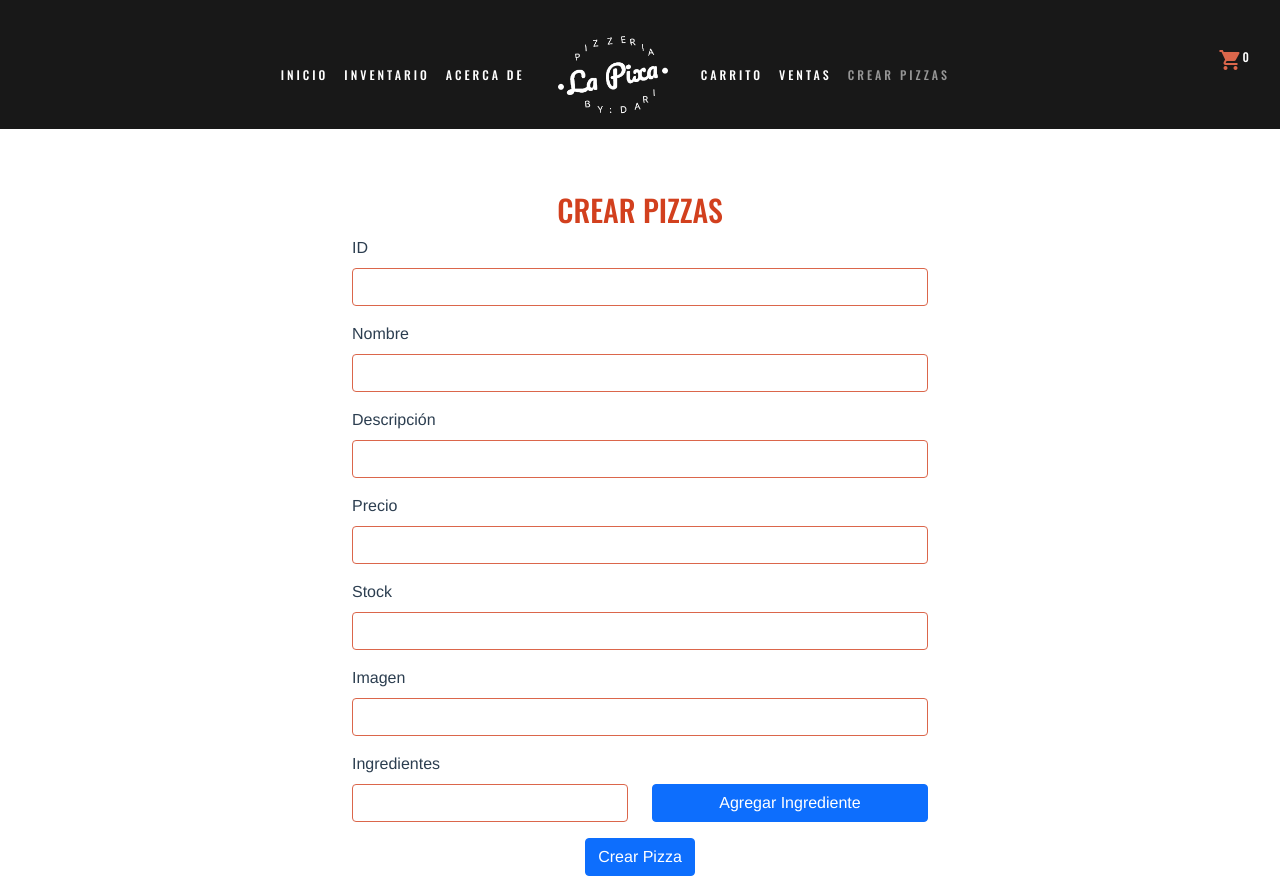
Repository: Darigo30/prueba-vue-dari-pizza
Page: /crearPizzas
The author's editor kept a copy of each file at every save. The page is drawn from the files as they stood at one save, then again after the next save.
The browser window is 1280 px wide. The pictures show the whole page.
The project was rebuilt for these pictures with package versions that can differ from the ones it lists, and the page was loaded fresh each time. Also part of the build but not shown: src/views/Home.vue.

Above is the page before, as saved 2021-05-23 22:49:05.

After the next save:
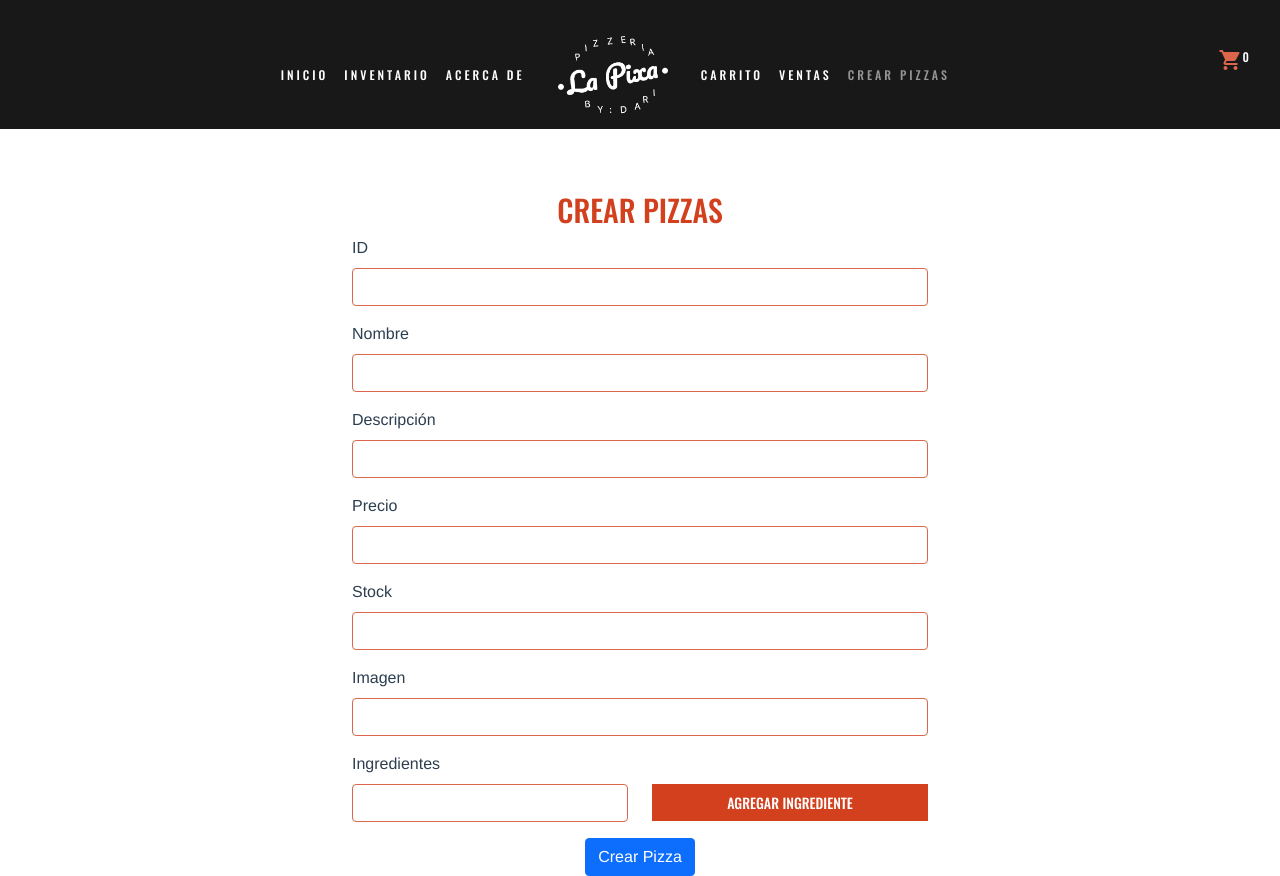
Saved 2 min 17 s later.
--- a/src/views/CrearPizzas.vue
+++ b/src/views/CrearPizzas.vue
@@ -35,7 +35,7 @@
                     <input type="text"  v-model="ingrediente" class="form-control bord-fo" />
                 </div>
                 <div class="col-sm-6">
-                    <button @click="agregarIngrediente(ingrediente)" class="btn btn-primary w-100">Agregar Ingrediente</button>
+                    <button @click="agregarIngrediente(ingrediente)" class="btn btn-primary w-100 btn-agre">Agregar Ingrediente</button>
                 </div>
             </div>
             <div v-if="pizza.ing.length > 0">
@@ -103,4 +103,15 @@ h1{
     .bord-fo{
         border: 1px solid #db664b;
     }
+    .btn-agre{
+        color: #fff;
+        background-color: #d2401e;
+        font-family: 'Oswald', sans-serif;
+        font-size: 14px;
+        border-radius: 0px;
+        text-transform: uppercase;
+        border: none;
+        padding: 8px;
+    }
+
 </style>
